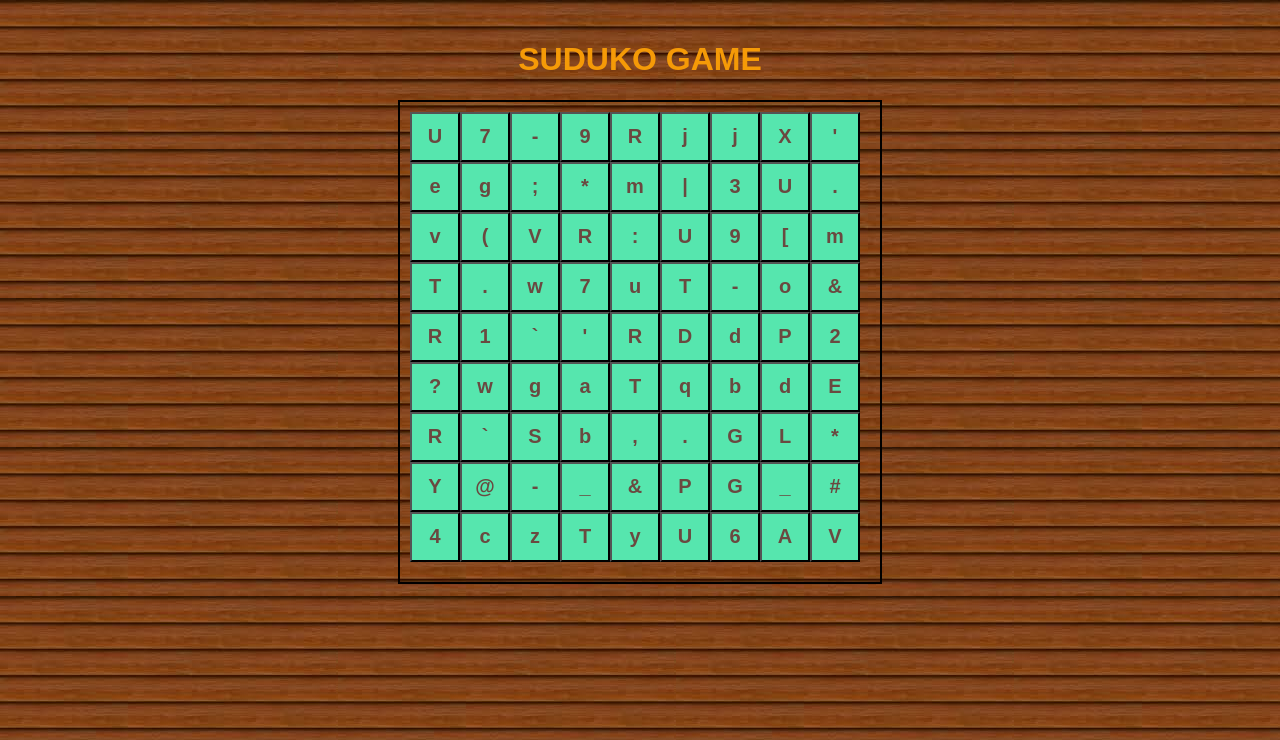
Repository: ahmad8969/Suduko-Game-React-App
Page: /
An editor plug-in stored every save of this project. The page is shown before and after the next save, followed by the edit.
The browser window is 1280 px wide. The pictures show the whole page.
Some web fonts or font styles are not loaded; a fallback is used. The project was rebuilt for these pictures with package versions that can differ from the ones it lists, and the page was loaded fresh each time.

Above is the page before, as saved 2021-03-11 15:19:45.

After the next save:
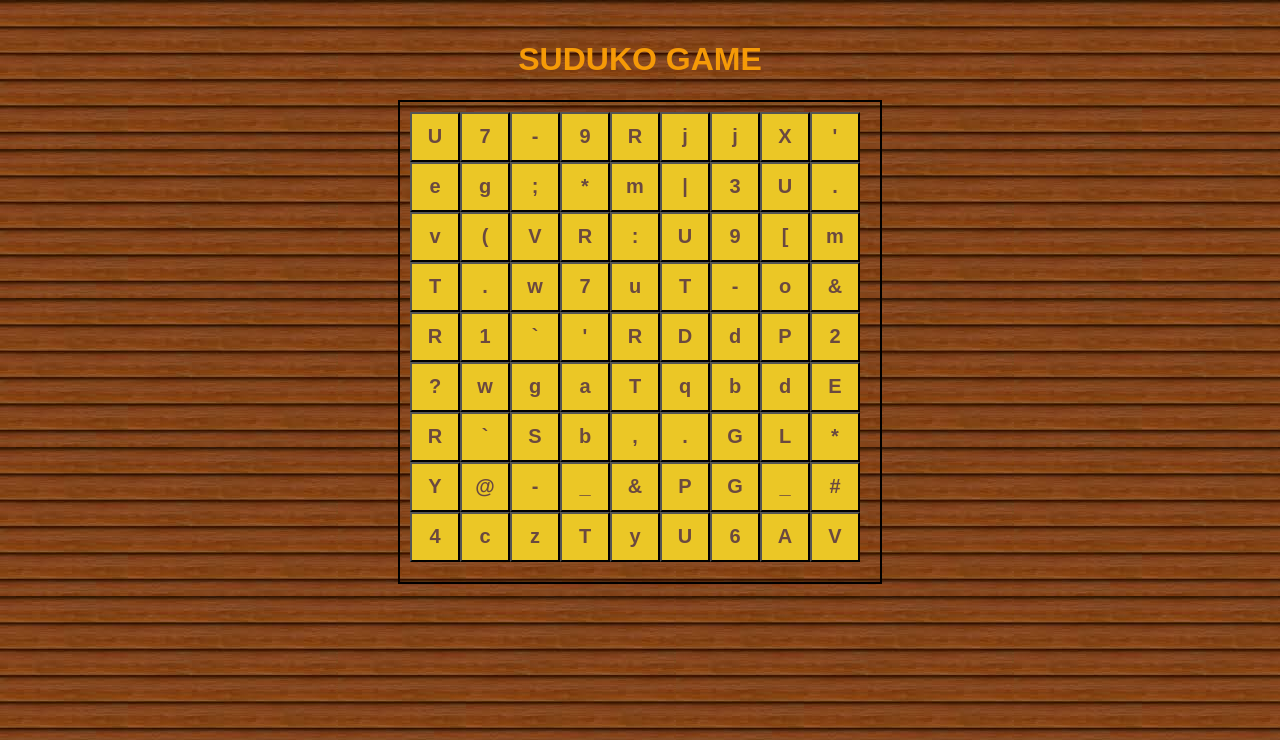
Saved 12 s later.
--- a/src/components/block.css
+++ b/src/components/block.css
@@ -8,7 +8,7 @@
   font-weight: 600;
   /* color:rgb(109,84,62); */
   color: #6a4940;
-  background-color: rgb(86, 230, 174);
+  background-color: rgb(235, 199, 38);
 }
 .nine_block_Style {
   /* height: 150px !important;
